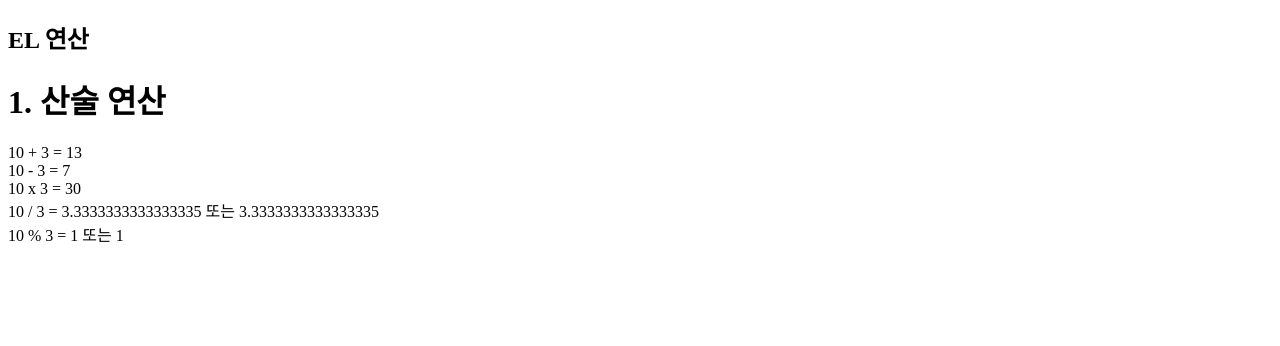
Repository: Young-27/DailyStudy
Page: http://localhost/actionProject/operation.do
These files come from the project's save history. The page is drawn as it stood at one moment and after the next save; the edit follows.
The browser window is 1280 px wide. The pictures show the whole page.
The page is served by Tomcat 9.

Above is the page before, as saved 2021-06-16 10:11:09.

### Server/web-workspace2/actionProject/WebContent/views/1_EL/02_elOperation.jsp
<%@ page language="java" contentType="text/html; charset=UTF-8"
    pageEncoding="UTF-8"%>
<!DOCTYPE html>
<html>
<head>
<meta charset="UTF-8">
<title>Insert title here</title>
</head>
<body>

	<h2>EL 연산</h2>

	<h1>1. 산술 연산</h1>
	<%-- <%= (int)request.getAttribute("big") + (int)request.getAttribute("small") %> --%>

	10 + 3 = ${ big + small } <br>
	10 - 3 = ${ big - small } <br>
	10 x 3 = ${ big * small } <br>
	10 / 3 = ${ big / small } 또는 ${ big div small } <br>
	10 % 3 = ${ big % small } 또는 ${ big mod small } <br><br>



</body>
</html>

### Server/web-workspace2/actionProject/src/com/kh/controller/OperationServlet.java
package com.kh.controller;

import java.io.IOException;
import java.util.ArrayList;

import javax.servlet.ServletException;
import javax.servlet.annotation.WebServlet;
import javax.servlet.http.HttpServlet;
import javax.servlet.http.HttpServletRequest;
import javax.servlet.http.HttpServletResponse;

import com.kh.model.vo.Person;

/**
 * Servlet implementation class OperationServlet
 */
@WebServlet("/operation.do")
public class OperationServlet extends HttpServlet {
	private static final long serialVersionUID = 1L;

    /**
     * @see HttpServlet#HttpServlet()
     */
    public OperationServlet() {
        super();
        // TODO Auto-generated constructor stub
    }

	/**
	 * @see HttpServlet#doGet(HttpServletRequest request, HttpServletResponse response)
	 */
	protected void doGet(HttpServletRequest request, HttpServletResponse response) throws ServletException, IOException {

		request.setAttribute("big", 10);
		request.setAttribute("small", 3);

		request.setAttribute("sOne", "안녕");
		request.setAttribute("sTwo", new String("안녕"));

		request.setAttribute("pOne", new Person("홍길동", 20, "남자"));
		request.setAttribute("pTwo", null);

		ArrayList<String> list1 = new ArrayList<>();
		request.setAttribute("lOne", list1); // 텅빈리스트

		ArrayList<String> list2 = new ArrayList<>();
		list2.add("ㅋㅋㅋ");
		request.setAttribute("lTwo", list2);

		request.getRequestDispatcher("views/1_EL/02_elOperation.jsp").forward(request, response);

	}

	/**
	 * @see HttpServlet#doPost(HttpServletRequest request, HttpServletResponse response)
	 */
	protected void doPost(HttpServletRequest request, HttpServletResponse response) throws ServletException, IOException {
		doGet(request, response);
	}

}

### Server/web-workspace2/actionProject/src/com/kh/model/vo/Person.java
package com.kh.model.vo;

public class Person {

	private String name;
	private int age;
	private String gender;

	public Person() {}

	public Person(String name, int age, String gender) {
		super();
		this.name = name;
		this.age = age;
		this.gender = gender;
	}

	public String getName() {
		return name;
	}

	public void setName(String name) {
		this.name = name;
	}

	public int getAge() {
		return age;
	}

	public void setAge(int age) {
		this.age = age;
	}

	public String getGender() {
		return gender;
	}

	public void setGender(String gender) {
		this.gender = gender;
	}

	@Override
	public String toString() {
		return "Person [name=" + name + ", age=" + age + ", gender=" + gender + "]";
	}



}

After the next save:
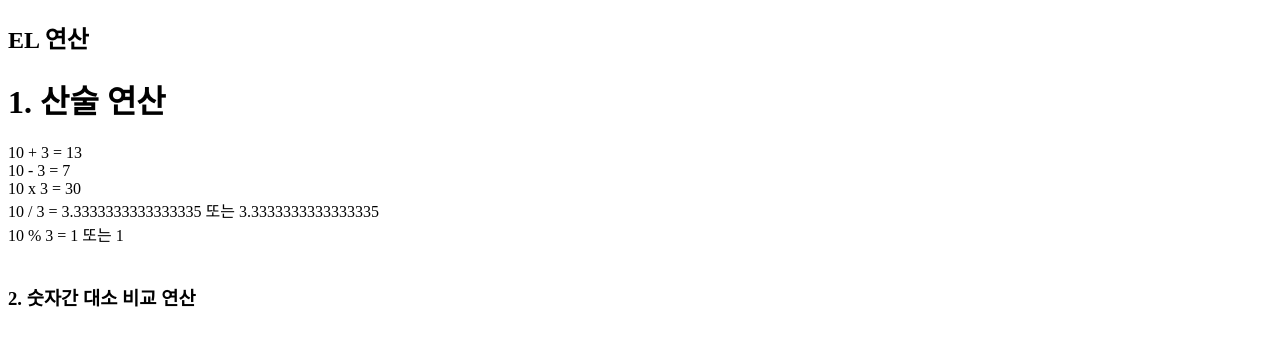
Saved 15 s later.
--- a/Server/web-workspace2/actionProject/WebContent/views/1_EL/02_elOperation.jsp
+++ b/Server/web-workspace2/actionProject/WebContent/views/1_EL/02_elOperation.jsp
@@ -19,7 +19,7 @@
 	10 / 3 = ${ big / small } 또는 ${ big div small } <br>
 	10 % 3 = ${ big % small } 또는 ${ big mod small } <br><br>
 
-
+	<h3>2. 숫자간 대소 비교 연산</h3>
 
 </body>
 </html>
